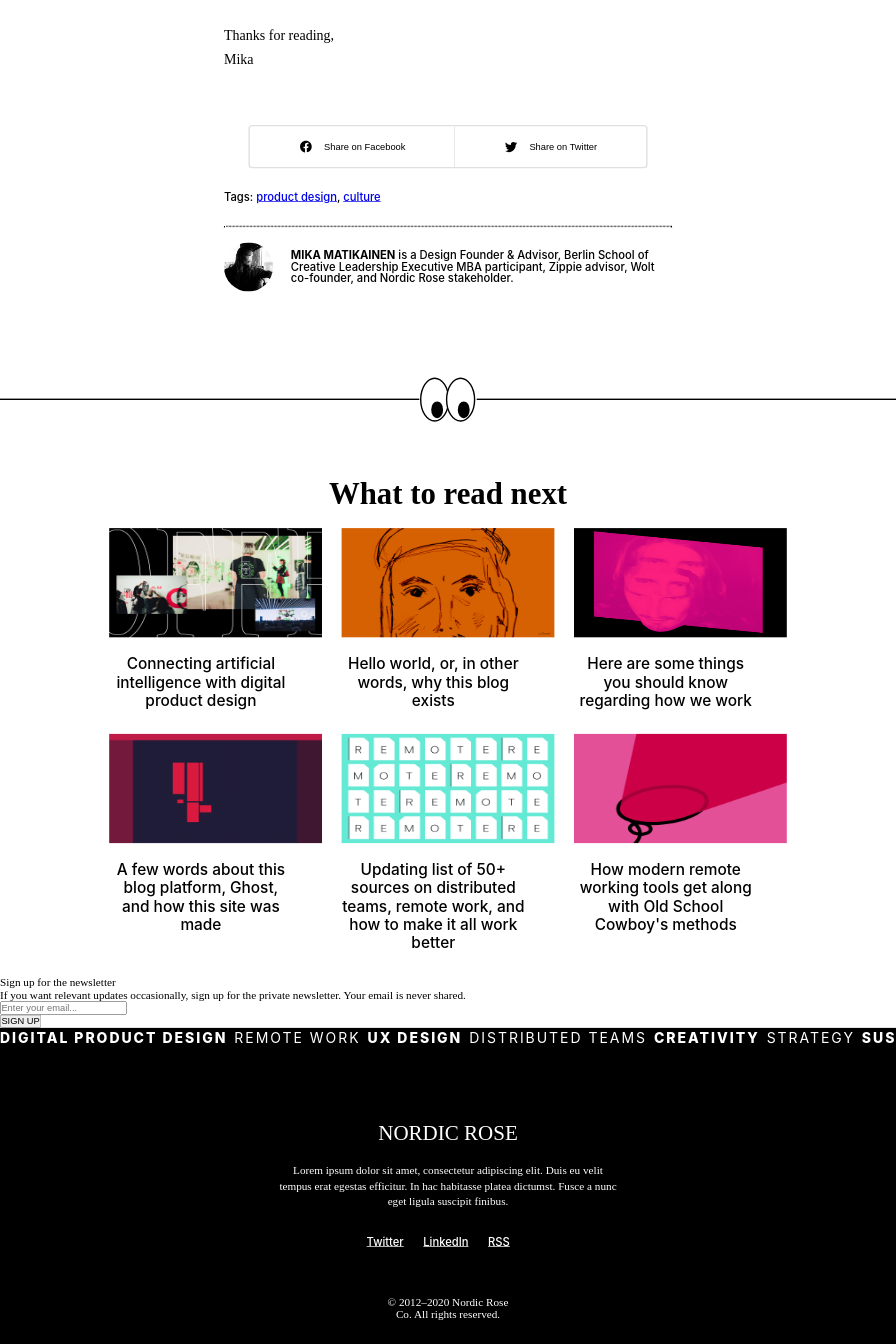
Repository: ThuTrang-jvb/JVB-BT1
Page: Page 3/article.html
The author's editor kept a copy of each file at every save. The page is drawn from the files as they stood at one save, then again after a run of saves.
The browser window is 1280 px wide. The pictures show the part of the page from y = 3398 to 5318 px (the page is 5318 px tall before and 5299 px after), at 70% of full size.

Above is the page before, as saved 2025-06-30 10:04:24.

After the next 7 saves:
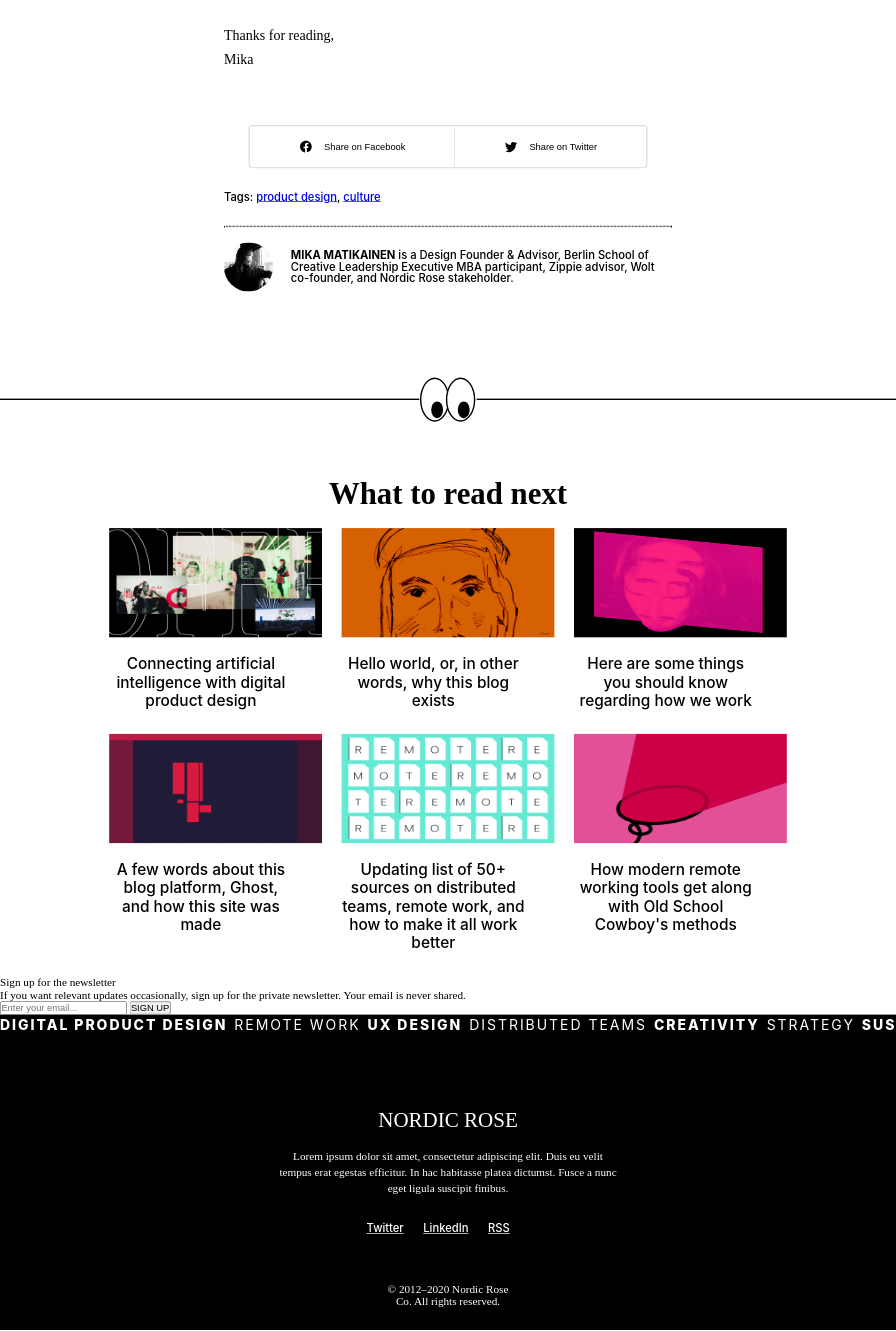
The 7 saves are shown as one change because they came seconds apart.
The last was saved 17 s later.
--- a/Page 3/article.html
+++ b/Page 3/article.html
@@ -167,9 +167,8 @@ posuere maximus dui et fringilla. Nulla non volutpat leo.</pre>
         <p>If you want relevant updates occasionally, sign up for the private newsletter. Your email is never shared. </p>
         <div>
             <input type="email" placeholder="Enter your email...">
-
+            <button>SIGN UP</button>
         </div>
-        <button>SIGN UP</button>
     </div>
 
 
